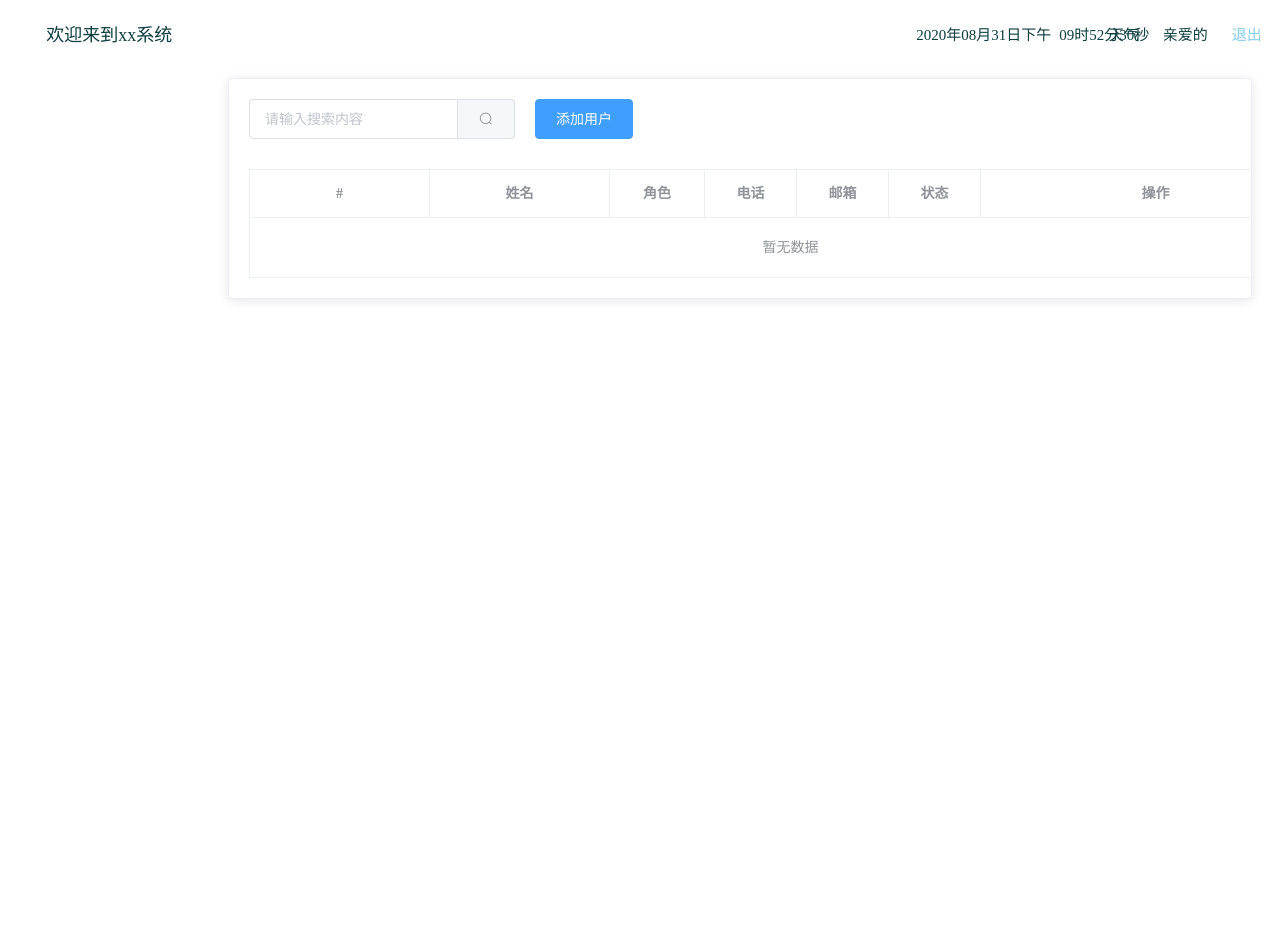
Repository: 2510699771/background-system
Page: /users/users
An editor plug-in stored every save of this project. The page is shown before and after the next save, followed by the edit.
The browser window is 1280 px wide. The pictures show the whole page.
The page's requests for data from a server got no answer. The project was rebuilt for these pictures with package versions that can differ from the ones it lists, and the page was loaded fresh each time. No one was signed in, and anything a server would have sent is missing. Also part of the build but not shown: vue.config.js, src/views/Home.vue.

Above is the page before, as saved 2020-08-31 22:06:45.

After the next save:
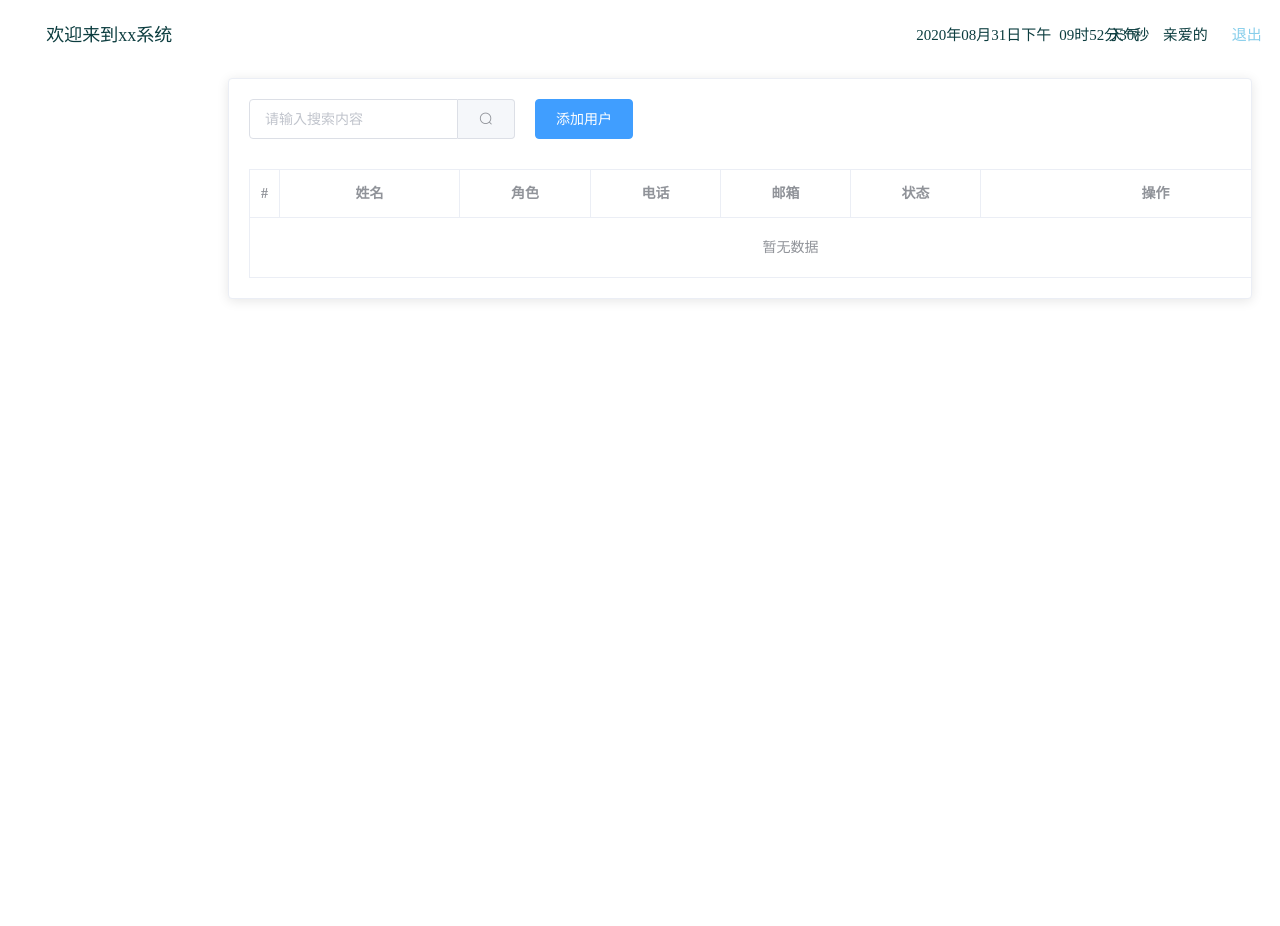
Saved 76 s later.
--- a/src/views/UserList/UserList.vue
+++ b/src/views/UserList/UserList.vue
@@ -9,7 +9,7 @@
       </div>
       <div style="width:84.5vw;margin-top:30px">
         <el-table :data="userslist" border style="width: 100%" stripe>
-          <el-table-column prop="date" label="#" width="180" type="index" align="center"></el-table-column>
+          <el-table-column prop="date" label="#" width="30" type="index" align="center"></el-table-column>
           <el-table-column prop="username" label="姓名" width="180" align="center"></el-table-column>
           <el-table-column prop="role_name" label="角色" align="center"></el-table-column>
           <el-table-column prop="create_time" label="电话" align="center"></el-table-column>
